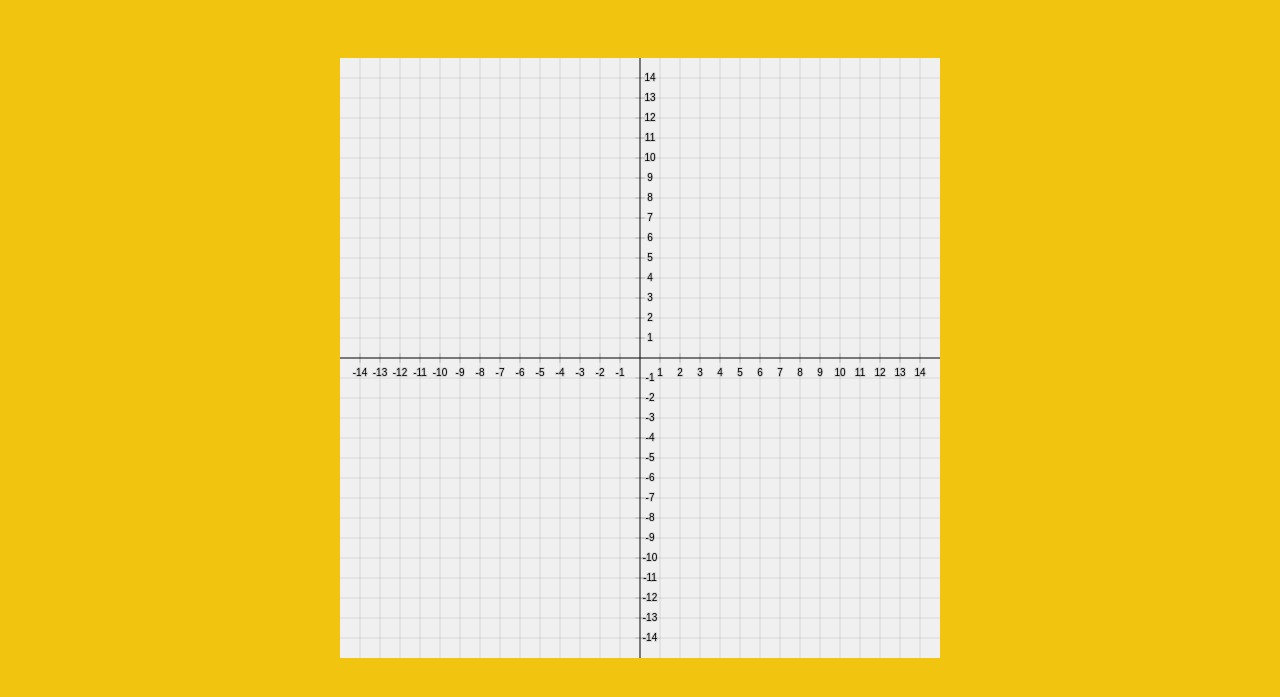
Repository: animarcus/graphing-app
Page: index.html
An editor plug-in stored every save of this project. The page is shown before and after the next save, followed by the edit.
The browser window is 1280 px wide. The pictures show the whole page.
Some web libraries are served in a nearby version.

Above is the page before, as saved 2020-09-26 20:01:06.

After the next save:
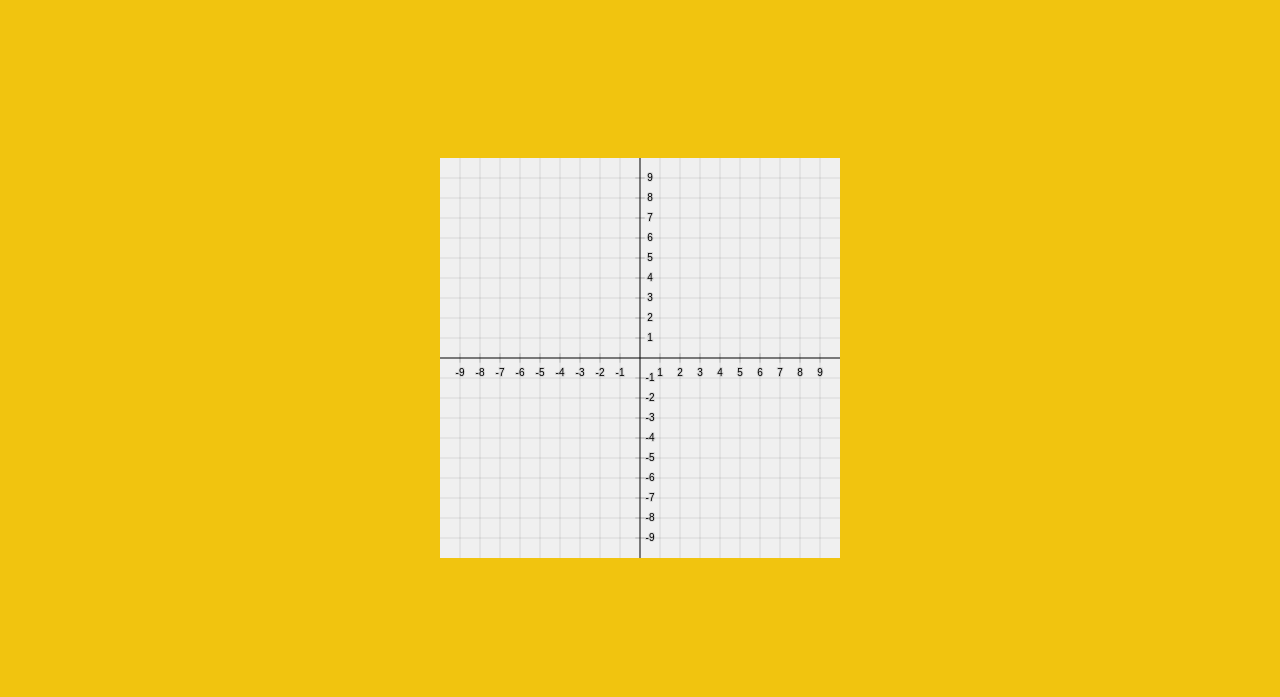
Saved 82 min 8 s later.
--- a/js/sketch.js
+++ b/js/sketch.js
@@ -1,6 +1,6 @@
 
-let canvasW = 600;
-let canvasH = 600;
+let canvasW = 400;
+let canvasH = 400;
 let cellW = 20;
 
 function setup() {
